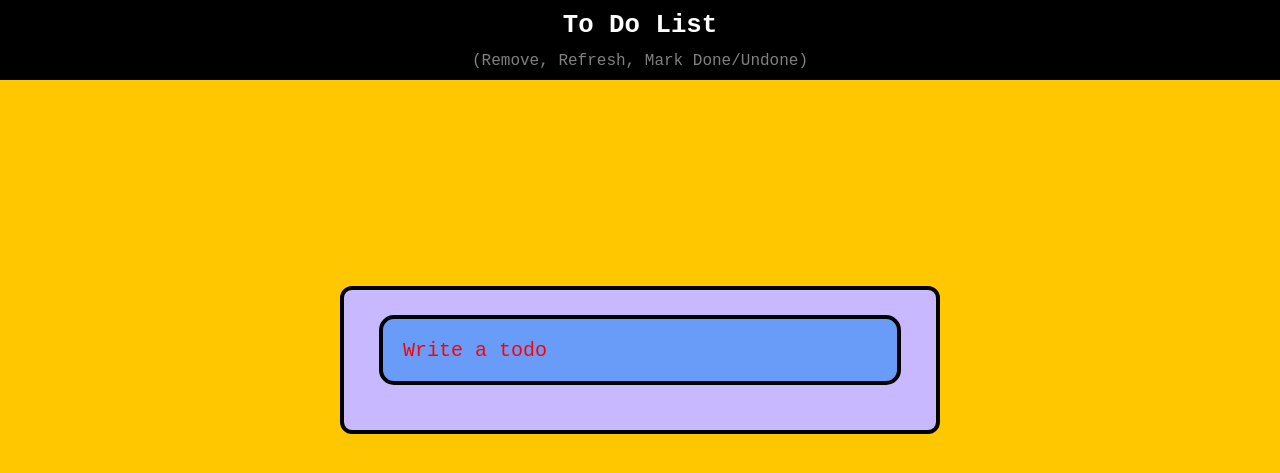
Repository: ThisIsSahaj/Js-Projects
Page: ToDoList/index.html
The author's editor kept a copy of each file at every save. The page is drawn from the files as they stood at one save, then again after the next save.
The browser window is 1280 px wide. The pictures show the whole page.

Above is the page before, as saved 2024-04-24 09:48:51.

### ToDoList/index.html
<!DOCTYPE html>
<html lang="en">
<head>
    <meta charset="UTF-8">
    <meta http-equiv="X-UA-Compatible" content="IE=edge">
    <meta name="viewport" content="width=device-width, initial-scale=1.0">
    <title>To Do List</title>
    <link rel="stylesheet" href="style.css">
    <link rel="stylesheet" href="https://cdnjs.cloudflare.com/ajax/libs/font-awesome/6.0.0/css/all.min.css" integrity="sha512-9usAa10IRO0HhonpyAIVpjrylPvoDwiPUiKdWk5t3PyolY1cOd4DSE0Ga+ri4AuTroPR5aQvXU9xC6qOPnzFeg==" crossorigin="anonymous" referrerpolicy="no-referrer" />

</head>
<body>
    <div class="header">
       <h3>To Do List</h3>
        <p>(Remove, Refresh, Mark Done/Undone)</p>

    </div>
    <div class="box">

            <input type="text" placeholder="Write a todo" >
            <ul class="todoBox">

            </ul>

    </div>
</body>

<script src="script.js"></script>
</html>

### ToDoList/style.css
*{
    margin: 0;
    padding: 0;
    box-sizing: border-box;
    outline: none;
}

body{
    /* background-color: #000; */
    background-color: #FFC700;
    display: flex;
    flex-wrap: wrap;
    font-family: monospace;
}

.header{
    width: 100%;
    height: 80px;
    background-color: black;
    color: white;
    display: flex;
    flex-direction: column;
    align-items: center;
    justify-content: center;
    font-family: monospace;
    font-size: 22px;
    gap: 12px;
    /* border: 2px solid blue; */
}

.header p {
    color: grey;
    font-size: 16px;
}



.box{
    /* border: 2px solid red; */
    /* background-color: #C6B9FF;
    margin-top: 50px;
    width: 100%;
    display: flex;
    justify-content: center;
    align-items: center;
    flex-direction: column; */

    width: 600px;
    padding: 25px 35px;
    position: absolute;
    top: 50%;
    left: 50%;
    transform: translate(-50%,-50%);
    background-color: #C8B8FF;
    border: 4px solid black;
    color: black;
    border-radius: 12px;
    font-weight: bold;
}



input{
    width: 100%;
    height: 70px;
    border-radius: 15px;
    color: black;
    padding: 20px;
    font-size: 20px;
    font-family: monospace;
    background-color: #699CF8;
    border: 4px solid black;

}
::placeholder {
    color: red;
    opacity: 1;
  }


.todoBox{
    /* border: 2px solid red; */
    margin-top: 20px;
    list-style: none;
    width: 100%;
}



.todoBox li {
    position: relative;
    /* background-color: rgb(34, 34, 34); */
    background-color: white;
    color: black;
    /* box-shadow: 0px 3px 6px rgba(0, 0, 0, 0.05), 0px 8px 15px rgba(0, 0, 0, 0.1), 0 0 0 1px rgba(255, 255, 255, 0.1); */
    padding: 20px;
    border-radius: 15px;
    border: 3px solid black;



    /* transition: box-shadow 0.25s; */
    /* width: 100%; */
    /* height: 50px; */
    margin: 20px 0px;

    font-size: 16px;
    /* font-family: monospace; */
    padding-right: 45px;
    text-align: justify;
    user-select: none;

}

.todoBox li i {
    /* color: rgb(142, 142, 142); */
    color: #FF8477;
    position: absolute;
    right: 20px;
    cursor: pointer;
    /* top: 50%; */
    top: 20px;

}

.done{
    text-decoration: line-through;
    color: grey !important;

}

### ToDoList/script.js
const input = document.querySelector('input');
const todoBox = document.querySelector('.todoBox');



// ✅ LOCAL STORAGE
const updateLS = () => {
    const taskValue = document.querySelectorAll('li');

    const tasks = [];

    taskValue.forEach((curEle) => {
        return tasks.push(curEle.textContent.trim());
    });

    localStorage.setItem('tasks', JSON.stringify(tasks));
}




// ✅ ADD TASK
const addTask = (text) => {
    const task = document.createElement('li');

    const htmlData =
        ` <p>${text}</p>

          <i class="delete fa-regular fa-circle-xmark"></i> `
    task.insertAdjacentHTML('afterbegin', htmlData);
    todoBox.appendChild(task);


    // ✅ DELETE TASK
    const deleteBtn = task.querySelector('i');
    deleteBtn.addEventListener('click', ()=>{
    task.remove();
    updateLS();
    })


    // ✅ Mark a task DONE/UNDONE
    task.addEventListener('click', ()=>{
        task.classList.toggle('done');
    })
}





// ✅ GET THE INPUT
input.addEventListener('keyup', (event)=>{

    // to know which key is being pressed
   // console.log(event.key);

  if (event.key == 'Enter') {

    // to get the value written in input
    // console.log(input.value);

      addTask(input.value);
      updateLS();

      //to clear the value written in input after ENTER
      input.value = "";

    }
})






// ✅ GETTING DATA BACK FROM LOCAL SOTRAGE
const taskAvailable = JSON.parse(localStorage.getItem('tasks'));

if(taskAvailable)
{
    taskAvailable.forEach((curTask) =>
    {
        addTask(curTask);
    })};

After the next save:
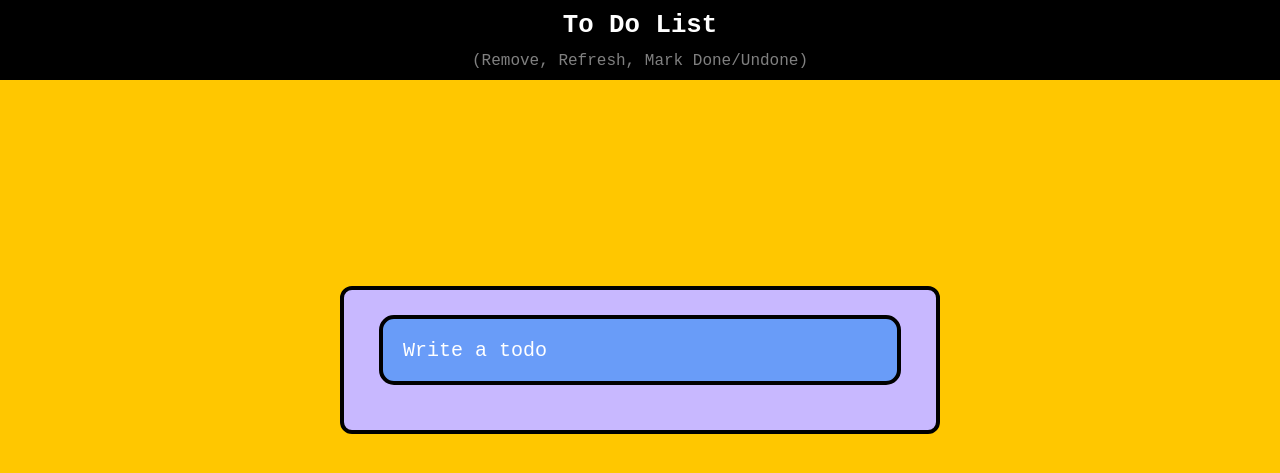
Saved 4 s later.
--- a/ToDoList/style.css
+++ b/ToDoList/style.css
@@ -73,7 +73,7 @@ input{
 
 }
 ::placeholder {
-    color: red;
+    color: white;
     opacity: 1;
   }
 
